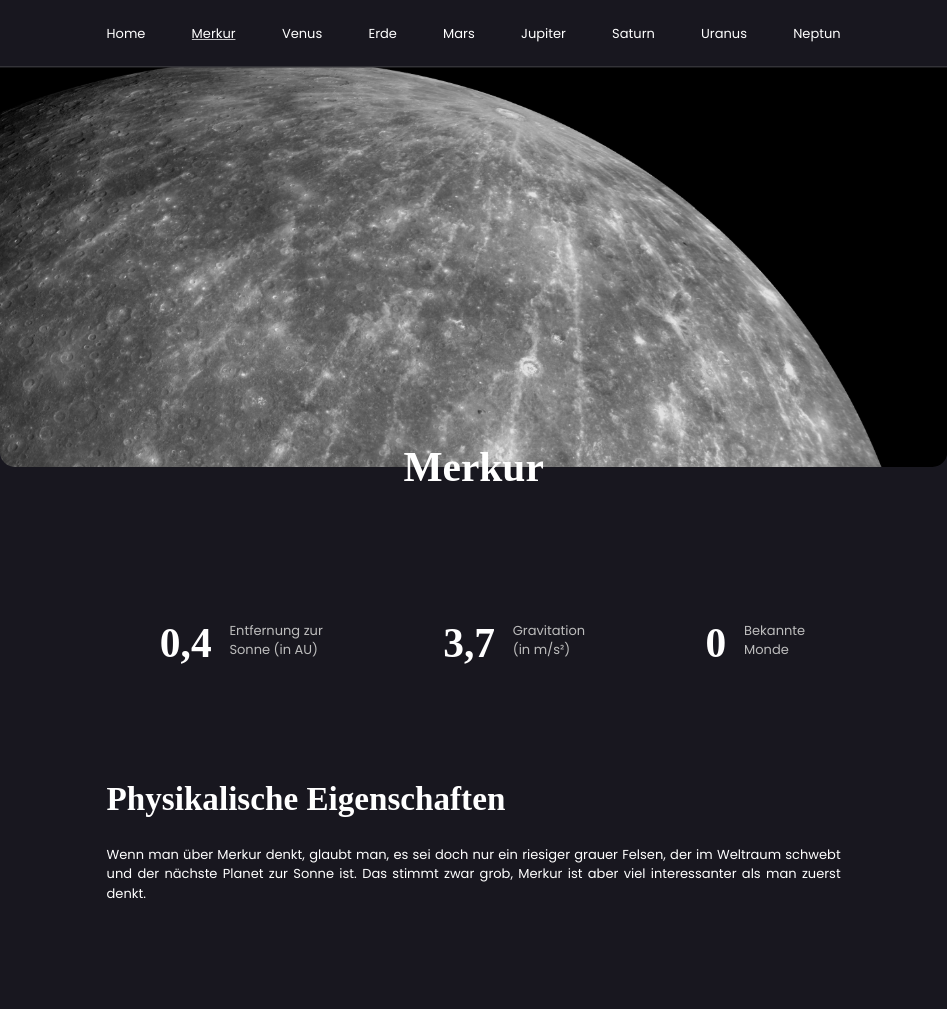
Repository: moreno-livak/solar
Page: dist/html/merkur.html
The author's editor kept a copy of each file at every save. The page is drawn from the files as they stood at one save, then again after the next save.
The browser window is 1280 px wide. The pictures show the whole page, at 74% of full size.
The style sheet was rebuilt from its Sass, Less or Tailwind sources for each picture, by a compiler version that may differ from the author's.

Above is the page before, as saved 2022-05-07 12:59:25.
Console error: TypeError: Cannot read properties of null (reading 'getAttribute')

### dist/html/merkur.html
<!DOCTYPE html>
<html>
  <head>
    <!-- Poppins -->
    <link rel="preconnect" href="https://fonts.googleapis.com">
    <link rel="preconnect" href="https://fonts.gstatic.com" crossorigin>
    <link href="https://fonts.googleapis.com/css2?family=Poppins:ital,wght@0,300;0,400;0,500;0,600;0,700;1,300;1,400;1,500;1,600;1,700&display=swap" rel="stylesheet">
    <!-- Playfair Display -->
    <link rel="preconnect" href="https://fonts.googleapis.com">
    <link rel="preconnect" href="https://fonts.gstatic.com" crossorigin>
    <link href="https://fonts.googleapis.com/css2?family=Playfair+Display:wght@700&display=swap" rel="stylesheet">
    <!-- Erscheinungsbild -->
    <link rel="icon" href="../assets/merkur/Merkur_Icon.png">
    <title>Merkur</title>
    <link href="../css/home.css" rel="stylesheet">
  </head>

  <body>
    <nav>
      <ul class="second-nav">
          <li><a href="../index.html">Home</a></li>
          <div class="openMenu"><img class="burger" src="../assets/Menu-Icon.svg" alt="Menu"></div>
      </ul>
      <ul class="mainMenu">
          <li><a class="home" href="../index.html">Home</a></li>
          <li><a class="active margin" href="merkur.html">Merkur</a></li>
          <div class="menu-vl"></div>
          <li><a href="">Venus</a></li>
          <div class="menu-vl"></div>
          <li><a href="">Erde</a></li>
          <div class="menu-vl"></div>
          <li><a href="">Mars</a></li>
          <div class="menu-vl"></div>
          <li><a href="">Jupiter</a></li>
          <div class="menu-vl"></div>
          <li><a href="">Saturn</a></li>
          <div class="menu-vl"></div>
          <li><a href="">Uranus</a></li>
          <div class="menu-vl"></div>
          <li><a href="">Neptun</a></li>
          <div class="closeMenu"><img class="exit" src="../assets/Exit-Menu.svg" alt="Exit"></div>
      </ul>
  </nav>



  <section class="header">
    <div class="image-header"><img src="../assets/Merkur/Merkur-Header.png"></div>
    <h1>Merkur</h1>
  </section>



  <section class="quik-facts">
    <div class="quik-fact">
        <p class="number">0,4</p>
        <p>Entfernung zur<br>Sonne (in AU)</p>
    </div>
    <div class="quik-fact">
        <p class="number">3,7</p>
        <p>Gravitation<br>(in m/s²)</p>
    </div>
    <div class="quik-fact">
        <p class="number">0</p>
        <p>Bekannte<br>Monde</p>
    </div>
  </section>

  <section class="orbit">
    <h1>Physikalische Eigenschaften</h1>
    <p>Wenn man über Merkur denkt, glaubt man, es sei doch nur ein riesiger
      grauer Felsen, der im Weltraum schwebt und der nächste Planet zur Sonne ist.
      Das stimmt zwar grob, Merkur ist aber viel interessanter als man zuerst denkt.</p>
  </section>






  <script src="../scripts/merkur.js"></script>
</body>
</html>

### src/scss/home.scss
/*Variablen*/

$left-margin: 9rem;
$base-font-size: 1.1rem;
$transition: .4s;
$main-title: 3.5rem;
$h1: 2.8rem;
$h2: 2.4rem;




/*Scrollbar*/

::-webkit-scrollbar{
    width: .7em;
} // Dicke

::-webkit-scrollbar-track{
    background-color: #242230;
} // Hintergrundfrabe

::-webkit-scrollbar-thumb{
    border-radius: 5px;
    background-color:#312f3f;
    &:hover{
        background-color: #383647;
    }
} // Thumb zum Scrollen




body {
    background: #18171F;
    margin: 0;
    font-family: 'Poppins';
    color: white;
    max-width: 100%;
    overflow-x: hidden;
}



/*Navigation*/

nav {
    border-bottom: 1px #5D5D5D solid;
    .second-nav{
        display: none;
    }

    .menu-vl{
        display: none;
    }

    .openMenu{
        display: none;
    }

    .closeMenu{
        display: none;
    }

    ul{
        margin: 2rem $left-margin 2rem $left-margin;
        display: flex;
        justify-content: space-between;
        li{
            list-style-type: none;
            margin-left: -2.5em;
            a{
                border: none;
                color: white;
                font-size: $base-font-size;
                font-weight: medium;
                text-decoration: none;
                display: inline-block;
                position: relative;
                clip-path: polygon(0 0, 100% 0, 100% 100%, 0% 100%);
                &:before, &:after {
                    position: absolute;
                    content: '';
                    border-bottom: 2px solid rgb(255, 255, 255);
                    border-radius: 0em;
                    bottom: .1em;
                    transition: transform .8s cubic-bezier(0.075, 0.82, 0.165, 1);
                }

               &:before {
                    width: 0.01em;
                    margin-left: -.1em;
                    transform-origin: left;
                }

                &:hover:before {
                    margin-left: 0em;
                    transform: scaleX(88);
                }
            }
            .active{
                text-decoration: underline;
                color: #ffffff;
                text-underline-offset: 0.14em;
            }
        }
    }
}





/*Header*/

header{
    justify-content: space-between;
    display: flex;
    .left{
        float:left;
        margin: 8rem 0 0 $left-margin;
        h1{
            font-family: 'Playfair+Display';
            font-size: $main-title;
            width: 10em;
        }
        p{
            font-size: $base-font-size;
            margin-right: 3rem;
        }
        .cta{
            display: flex;
            background: #242230;
            border-radius: 10px;
            margin-top: 2.5rem;
            width: 19.5rem;
            a{
                background: #FDB513;
                margin-right: 1em;
                padding: .5em 1em .5em 1em;
                border-radius: 8px;
                color: #18171F;
                font-weight: bold;
                font-size: $base-font-size;
                text-decoration: none;
                margin: .5em;
                transition: $transition;
            }
            a:hover{
                margin: 0;
                padding: 1em 1.5em 1em 1.5em;
                transition: $transition;
            }
            p{
                margin: auto 1rem auto 1rem;
                font-size: $base-font-size;
            }
        }
    }
    img{
        margin-top: 3em;
        float:right;
    }
}




/*Quikfacts*/

section.quik-facts{
    margin: 6rem 18rem 6rem 18rem;
    display: flex;
    flex-wrap: wrap;
    justify-content: space-between;
    .quik-fact{
        display: flex;
        margin: 0 2rem 0 2rem;
        p.number{
            font-family: 'Playfair';
            font-size: 3.5rem;
            font-weight: bold;
            color: #ffffff;
            margin: 1rem 1.5rem 0 1.5rem;
        }
        p{
            font-family: 'Poppins';
            color: #BDBDBD;
            font-size: $base-font-size;
        }
    }
}




/*Orbitale Ebene*/

section.orbit{
    margin: 9rem $left-margin 9rem $left-margin;
    h1{
        font-size: $h1;
        font-family: 'Playfair';
        font-weight: bold;
    }

    p{
        font-size: $base-font-size;
        text-align: justify;
        font-weight: 400;
        margin-bottom: 2rem;
    }

    div.content{
        background: #242230;
        border-radius: 10px;
        display: flex;
        padding: .7rem 3rem .7rem .7rem;
        .vl{
            border-left: 3.5px solid #383647;
            margin: auto 2rem auto 2rem;
            height: 6rem;
            border-radius: 10px;
        }
        p{
          font-size: $base-font-size;
          text-align: justify;
          font-weight: 400;
          margin: auto 0 auto 0;
        }
    }

    h2{
        font-size: $h2;
        font-family: 'Playfair';
        font-weight: bold;
        margin-top: 3.5rem;
    }

    .tooltip-dark{
        color: #4884F6;
        cursor: pointer;
        position: relative;
        .tip{
            visibility: hidden;
            width: 200px;
            background-color: #18171F;
            color: #fff;
            text-align: center;
            border-radius: 10px;
            padding: 10px 5px 10px 5px;
            position: absolute;
            display: inline-block;
            bottom: 120%;
            left: 50%;
            margin-left: -110px;
            opacity: 0;
            transition: opacity 0.3s;
            z-index: 1000;
        }
        .tip.active{
            visibility: visible;
            opacity: 1;
        }
    }
    .tooltip-light{
        color: #4884F6;
        cursor: pointer;
        position: relative;
        .tip{
            visibility: hidden;
            width: 245px;
            background-color: #242230;
            color: #fff;
            text-align: center;
            border-radius: 10px;
            padding: 10px 5px 10px 5px;
            position: absolute;
            display: inline-block;
            bottom: 120%;
            left: 50%;
            margin-left: -125px;
            opacity: 0;
            transition: opacity 0.3s;
            z-index: 1000;
        }
        .tip.active{
        visibility: visible;
        opacity: 1;
        }
    }




    /*Tabs*/

    .struggle{
        margin-top: 2rem;
        background: #242230;
        width: 23.9rem;
        border-radius: 10px;
        ul{
            display: flex;
            padding: 0.7rem;
        }
    }
    .tabs .trigger{
        list-style-type: none;
        padding: 10px;
        background: #242230;
        border-radius: 6px;
        display: inline-block;
        padding: 10px 20px;
        cursor: pointer;
    }
    .tabs .trigger.active{
        background: #18171F;
        color: white;
    }
    .tabs .content{
        background: #242230;
        display: none;
    }
    .tabs .content.active{
        display: flex;
        margin-top: 1.5rem;
    }


    .link{
        color: #4884F6;
        text-decoration: none;
    }


    //Trigger
    .dropdown .trigger{
        border: 1px solid #242230;
        border-radius: 10px;
        background: #242230;
        font-size: $base-font-size;
        position: relative;
        cursor: pointer;
        margin: 2rem 0 1em 0;
        padding: 1.5rem;
    }
    .dropdown .trigger.active{
        border: 1px solid #242230;
        border-radius: 10px 10px 0 0;
        background: #242230;
        margin: 2rem 0 0em 0;
    }

    // Symbol
    .dropdown .trigger::after{
        content: ">";
        font-family: 'Arial';
        font-size: large;
        background: #312f3f;
        border-radius: 50%;
        padding: .5rem 2rem .5rem 2rem;
        margin: -.4rem -1.5rem 0rem 0rem;
        right: 1.5rem;
        display: inline-block;
        position: absolute;
        transform: rotate(90deg) scale(0.5, 1);
        font-weight: bold;
        transition: transform 0.3s;
        font-size: 1.2rem;
        font-weight: 400;
    }
    .dropdown .trigger.active::after{
        transform: rotate(-90deg) scale(0.5, 1);
    }

    // Content
    .dropdown .content{
        display: none;
    }
    .dropdown .content.active{
        display: block;
        border: 2px solid #242230;
        background: #18171F;
        font-size: $base-font-size;
        border-radius: 0 0 10px 10px;
        padding: 1.5rem 1.5rem 1.5rem 1.5rem;
        margin-top: -1px;
    }
}



/*Planeten Erkunden*/

.more{
    margin: 3rem $left-margin 4rem $left-margin;
    h1{
        font-size: $h1;
        font-family: 'Playfair';
        font-weight: bold;
    }
    .planets{
        display: grid;
        grid-template-columns: repeat(8, 1fr);
        column-gap: 1.5rem;
        .planet{
            display: grid;
            grid-template-rows: repeat(2, 1fr);
            grid-template-rows: 3rem 4rem;
            place-items: center;
            background: #242230;
            border-radius: 10px;
            text-align: center;
            bottom: 0;
            padding: 1rem 2rem 1rem 2rem;
            text-decoration: none;
            color: #ffffff;
            p{
                margin: 1rem 0 0rem 0;
            }
            img{
                margin: 2rem 0 1rem 0;
                transition: $transition;
            }
        }
        .planet:hover{
            img{
                margin: 1.5rem 0 1.5rem 0;
                transform: rotate(180deg);
                transition: $transition;
            }
        }
    }
}




/*Footer*/
footer{
    margin: $left-margin 0 3rem 0;
    display: flex;
    justify-content: space-around;
    border-top: 1px #5D5D5D solid;
    div{
        margin: 3rem 4rem 0 4rem;
        a{
            margin: 0 2rem 0 2rem;
            text-decoration: none;
            color: #BDBDBD;
            font-size: $base-font-size;
            display: inline-block;
            border: none;
            position: relative;
            clip-path: polygon(0 0, 100% 0, 100% 100%, 0% 100%);
            &:before, &:after {
                position: absolute;
                content: '';
                border-bottom: 2px solid #BDBDBD;
                border-radius: 0em;
                bottom: .1em;
                transition: transform .8s cubic-bezier(0.075, 0.82, 0.165, 1);
            }

           &:before {
                width: 0.01em;
                margin-left: -.1em;
                transform-origin: left;
            }

            &:hover:before {
                margin-left: 0em;
                transform: scaleX(124);
            }
        }
    }
}


/*Other Pages*/
div.sketchfab-embed-wrapper{
    display: grid;
    place-content: center;
    iframe{
        border-radius: 10px;
        width: 77rem;
        margin: 1rem auto 1rem auto;
    }
  }

  .mercury-gif{
    transform: rotate(90deg);
    border-radius: 8px;
    margin-left: 8rem;
  }

  .video{
    border-radius: 8px;
    margin-left: 8rem;
    height: 15rem;
  }

  .header{
    display: grid;
    place-items: center;
    .image-header{
        height: 75vh;
        width: 100%;
        overflow: hidden;
        border-radius: 0 0 20px 20px;
        img{
            width: 100%;
        }
    }
    h1{
        font-size: $main-title;
        font-family: 'Playfair-Display';
        margin-top: -2rem;
    }
  }

/*Media Queries*/
@import 'home-mq';

Loaded but not shown: src/merkur.js (110 lines, source omitted); src/scss/_home-mq.scss (869 lines, source omitted)

After the next save:
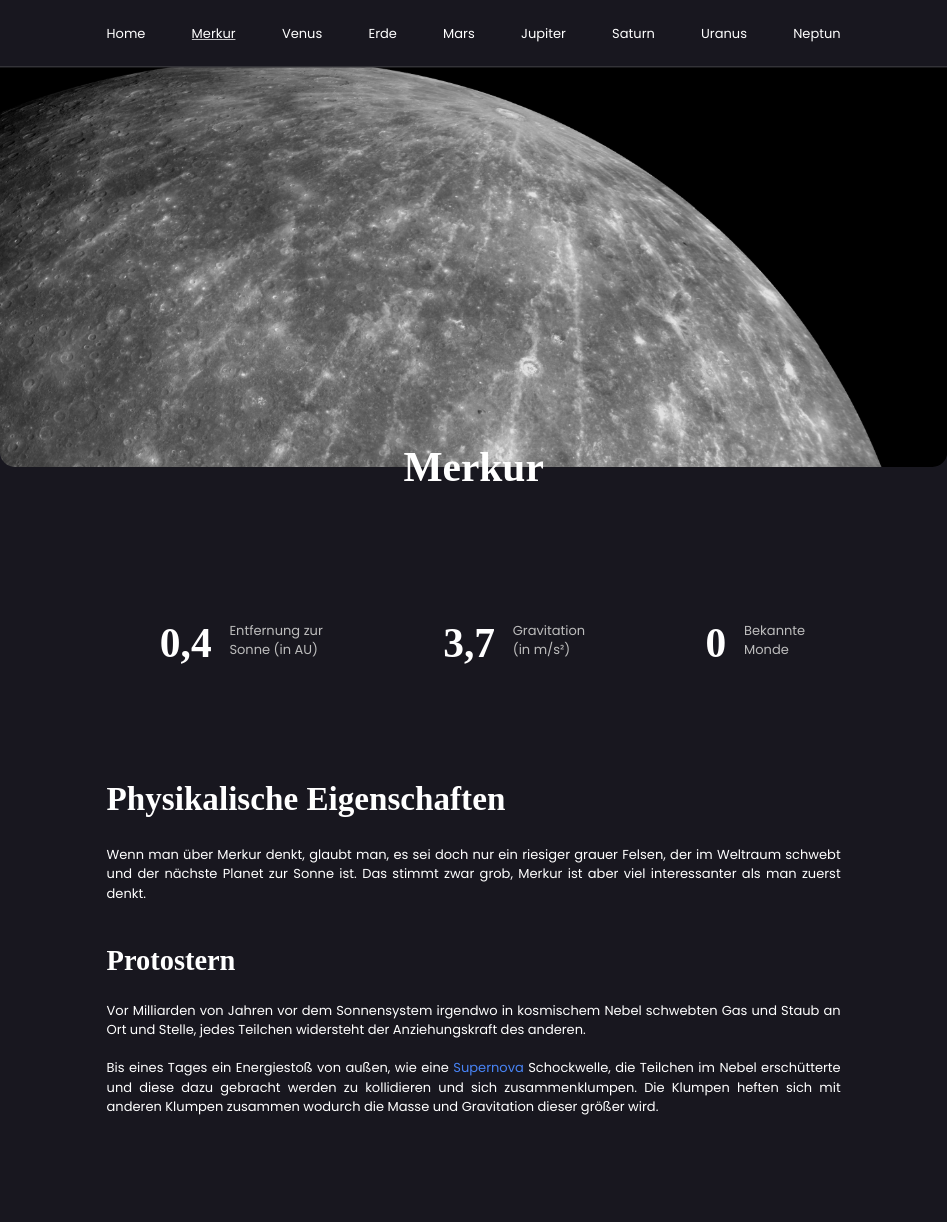
Console error: TypeError: Cannot read properties of null (reading 'querySelectorAll')
Saved 114 s later.
--- a/dist/html/merkur.html
+++ b/dist/html/merkur.html
@@ -68,9 +68,25 @@
 
   <section class="orbit">
     <h1>Physikalische Eigenschaften</h1>
+
     <p>Wenn man über Merkur denkt, glaubt man, es sei doch nur ein riesiger
       grauer Felsen, der im Weltraum schwebt und der nächste Planet zur Sonne ist.
       Das stimmt zwar grob, Merkur ist aber viel interessanter als man zuerst denkt.</p>
+
+    <h2>Protostern</h2>
+
+    <p>Vor Milliarden von Jahren vor dem Sonnensystem irgendwo in kosmischem
+        Nebel schwebten Gas und Staub an Ort und Stelle, jedes Teilchen widersteht
+        der Anziehungskraft des anderen.
+        <br><br>
+        Bis eines Tages ein Energiestoß von außen, wie eine
+        <span class="tooltip-light" id="tooltip" data-message="Explosion
+        eines massereichen Sterns am Ende seiner Lebenszeit">
+        Supernova</span>
+        Schockwelle, die Teilchen im Nebel erschütterte und diese dazu gebracht werden zu
+        kollidieren und sich zusammenklumpen. Die Klumpen heften sich mit anderen
+        Klumpen zusammen wodurch die Masse und Gravitation dieser größer wird.
+    </p>
   </section>
 
 
